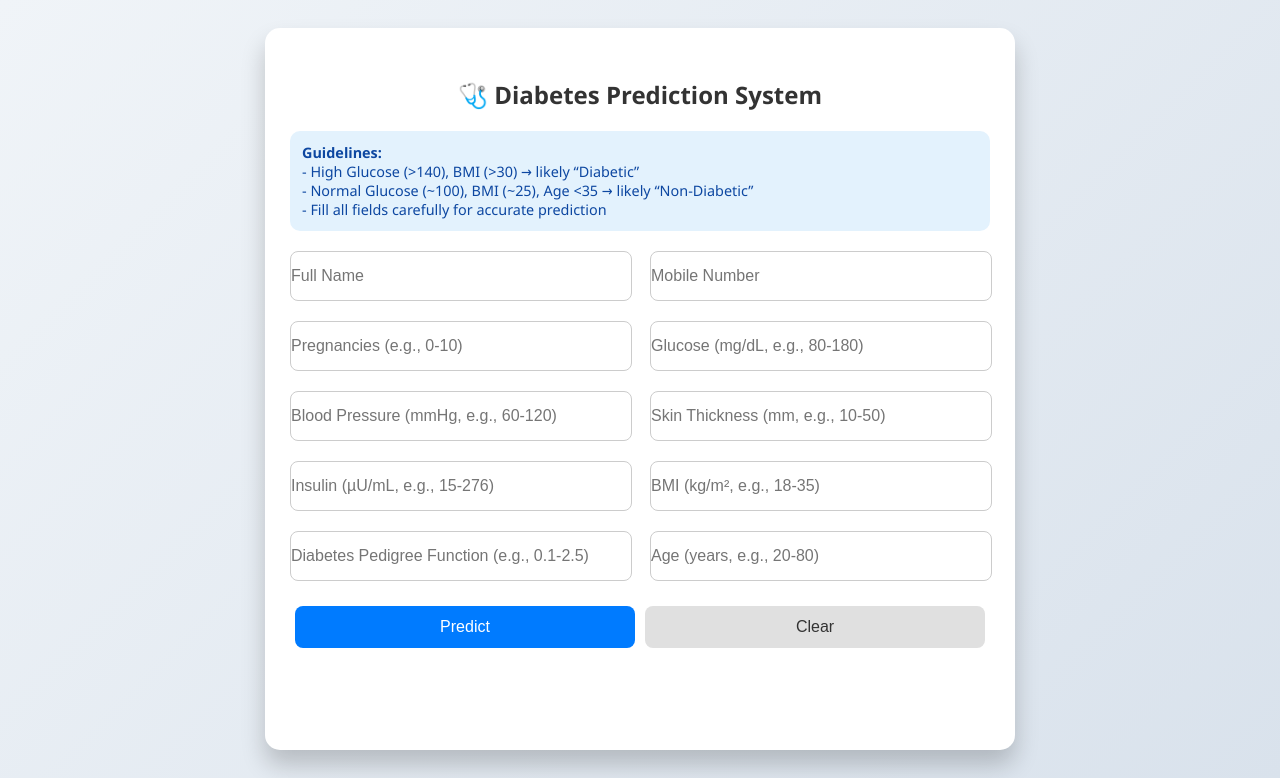
Repository: Aman14150/diabetes-prediction-system
Page: http://localhost/
An editor plug-in stored every save of this project. The page is shown before and after a run of saves, followed by the edit.
The browser window is 1280 px wide. The pictures show the whole page.
The page is served by the project's application, run on Flask 3 (app.py).

Above is the page before, as saved 2025-10-07 18:26:20.

After the next 2 saves:
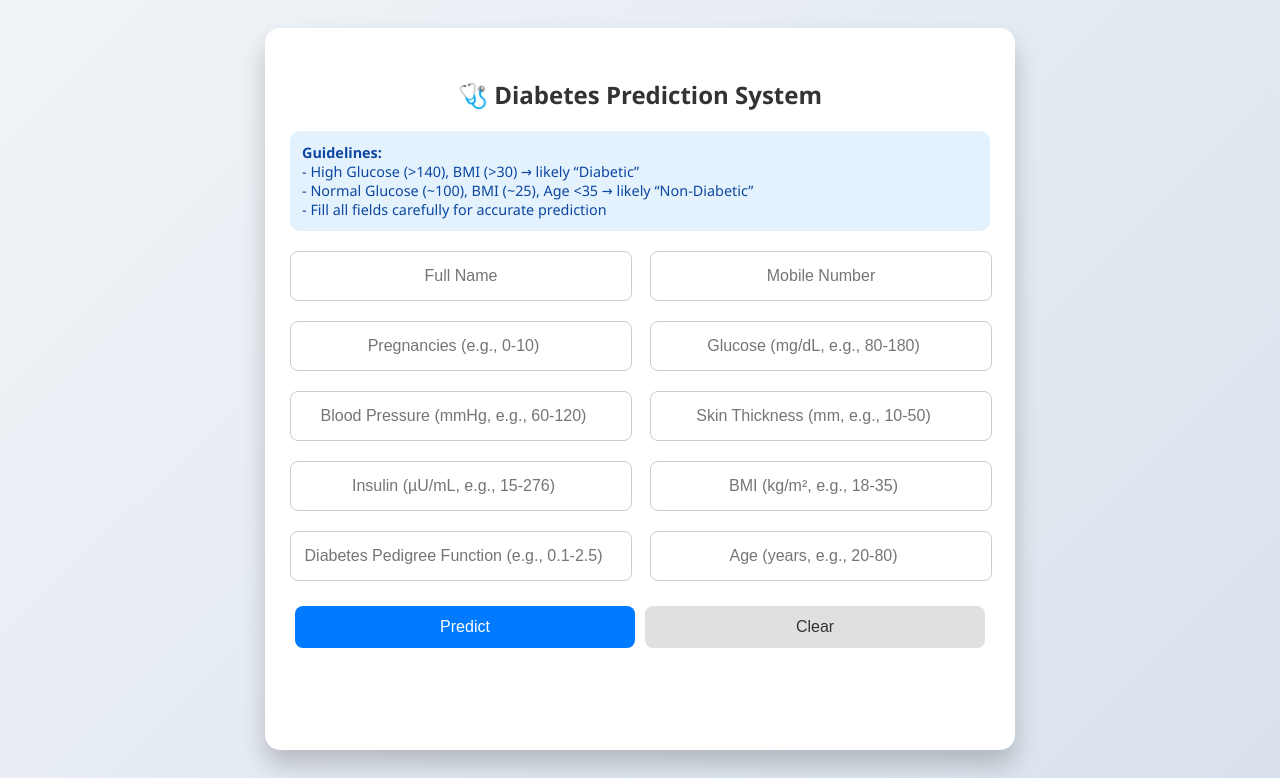
The 2 saves are shown as one change because they came seconds apart.
The last was saved 6 s later.
--- a/templates/index.html
+++ b/templates/index.html
@@ -52,7 +52,7 @@
             border-radius: 8px;
             border: 1px solid #ccc;
             font-size: 1rem;
-            tex
+            text-align: center;
         }
 
         input:focus {
